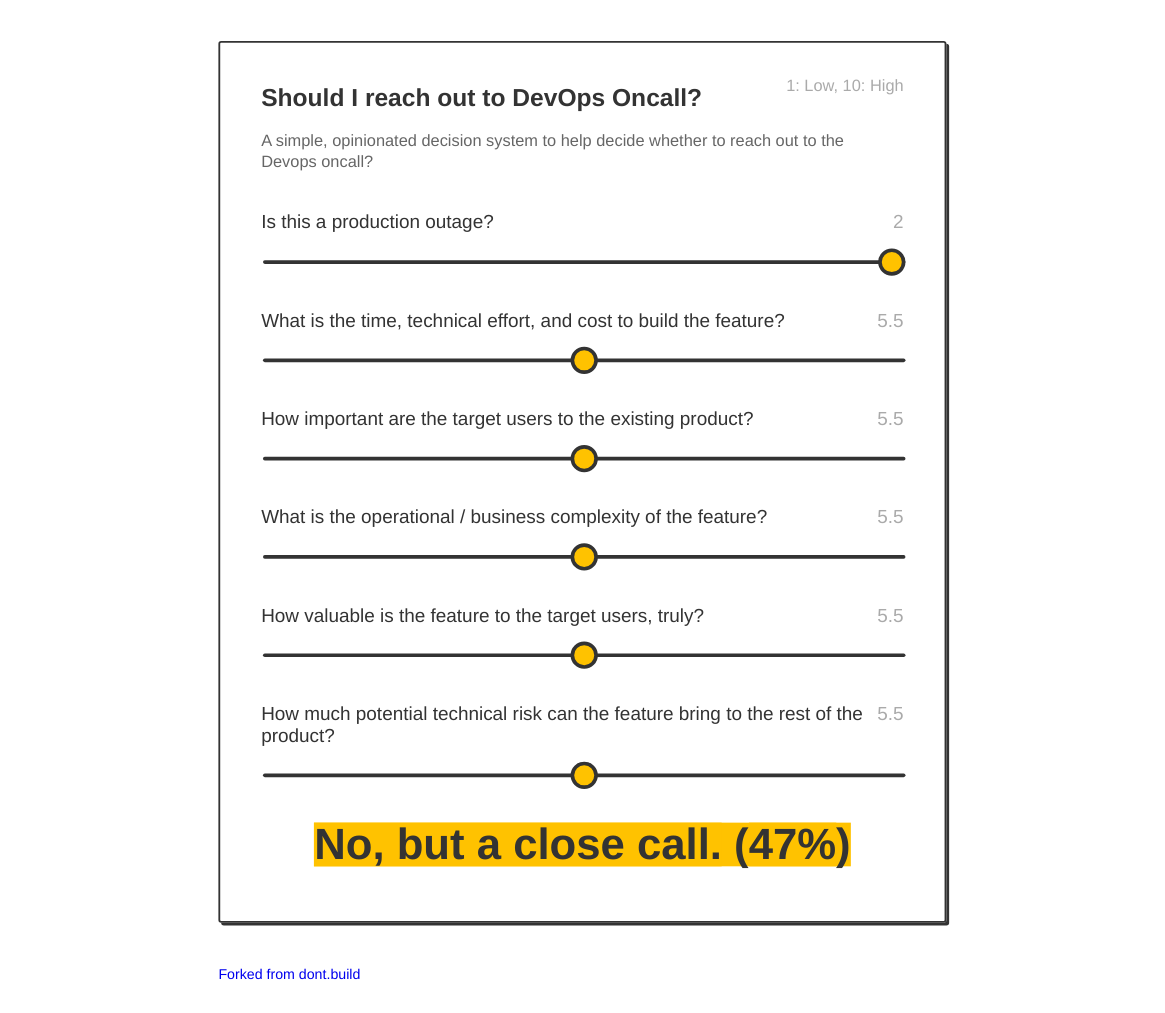
Repository: harishbsrinivas/dont.call
Page: index.html
These files come from the project's save history. The page is drawn as it stood at one moment and after the next save; the edit follows.
The browser window is 1280 px wide. The pictures show the whole page, at 91% of full size.

Above is the page before, as saved 2022-12-03 17:08:18.

After the next save:
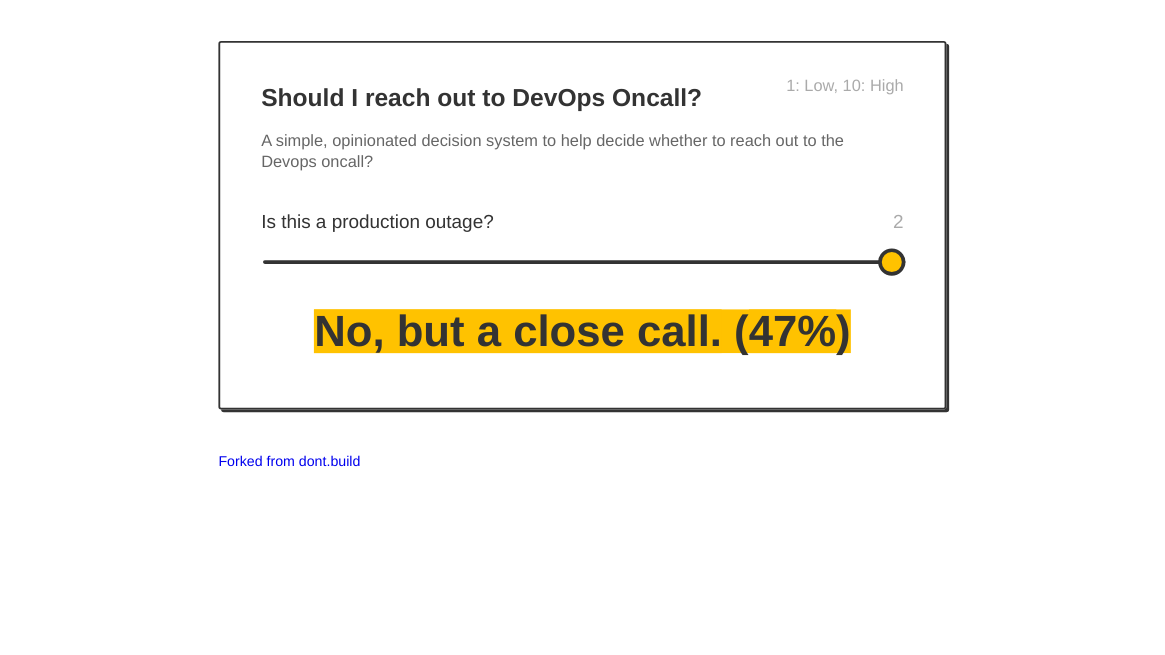
Console error: TypeError: Cannot set properties of null (setting 'value')
Saved 12 s later.
--- a/index.html
+++ b/index.html
@@ -26,31 +26,7 @@
                     <label>Is this a production outage?</label>
                     <input type="range" min="1" max="2" step="1" value="1" />
                 </fieldset>
-                <fieldset class="p-effort">
-                    <span class="value"></span>
-                    <label>What is the time, technical effort, and cost to build the feature?</label>
-                    <input type="range" min="1" max="10" step="0.5" value="5.5" />
-                </fieldset>
-                <fieldset class="p-user-value">
-                    <span class="value"></span>
-                    <label>How important are the target users to the existing product?</label>
-                    <input type="range" min="1" max="10" step="0.5" value="5.5" />
-                </fieldset>
-                <fieldset class="p-operational-complexity">
-                    <span class="value"></span>
-                    <label>What is the operational / business complexity of the feature?</label>
-                    <input type="range" min="1" max="10" step="0.5" value="5.5" />
-                </fieldset>
-                <fieldset class="p-feature-value">
-                    <span class="value"></span>
-                    <label>How valuable is the feature to the target users, truly?</label>
-                    <input type="range" min="1" max="10" step="0.5" value="5.5" />
-                </fieldset>
-                <fieldset class="p-negative-impact">
-                    <span class="value"></span>
-                    <label>How much potential technical risk can the feature bring to the rest of the product?</label>
-                    <input type="range" min="1" max="10" step="0.5" value="5.5" />
-                </fieldset>
+
             </form>
             <h1 class="answer">
                 <span><span class="bool"></span> (<span class="percent"></span>)</span>
